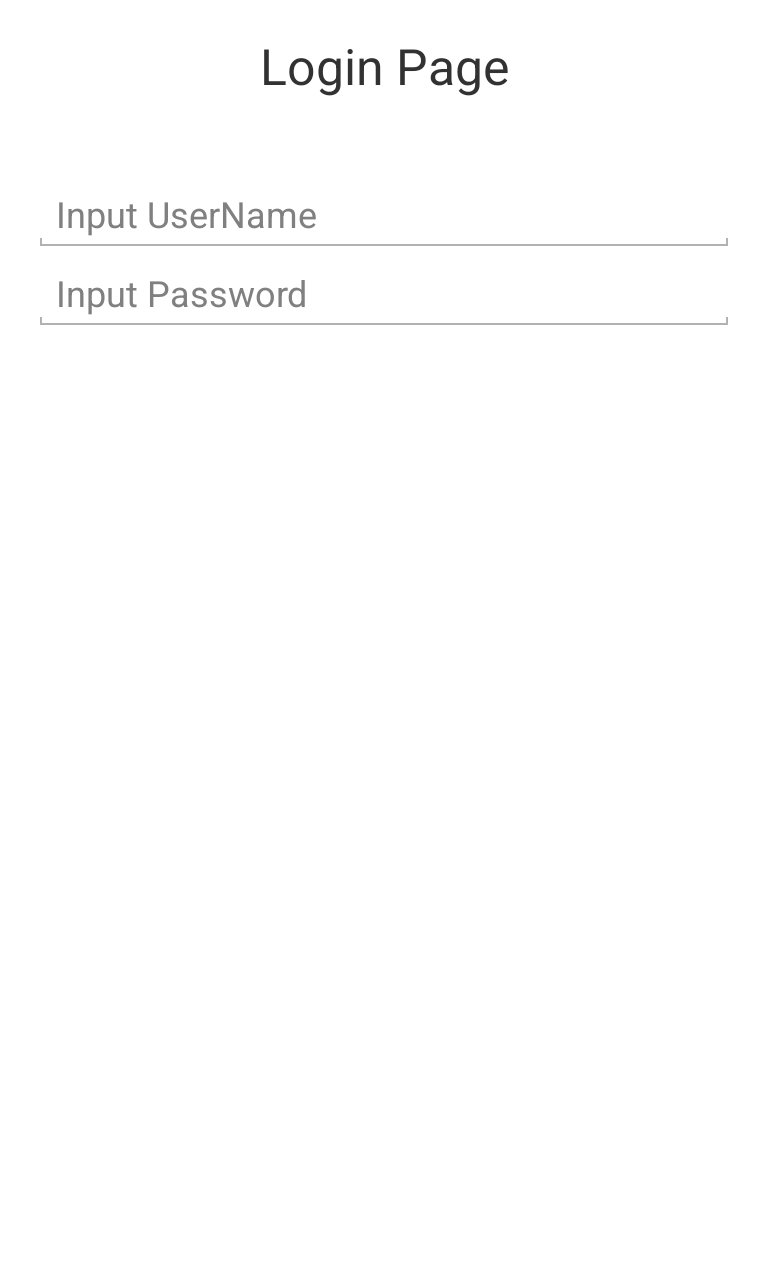
Repository: ikhsan-muhammad/mobile_programming
Layout: Kumpulan Project/Persiapan UAS/res/layout/activity_login.xml
The author's editor kept a copy of each file at every save. The layout is drawn from the files as they stood at one save, then again after the next save.
It is drawn on a 768 x 1280 px phone screen (xhdpi) without system bars, with theme AppTheme; the app's code is not run.

Above is the layout before, as saved 2022-07-12 16:21:06.

After the next save:
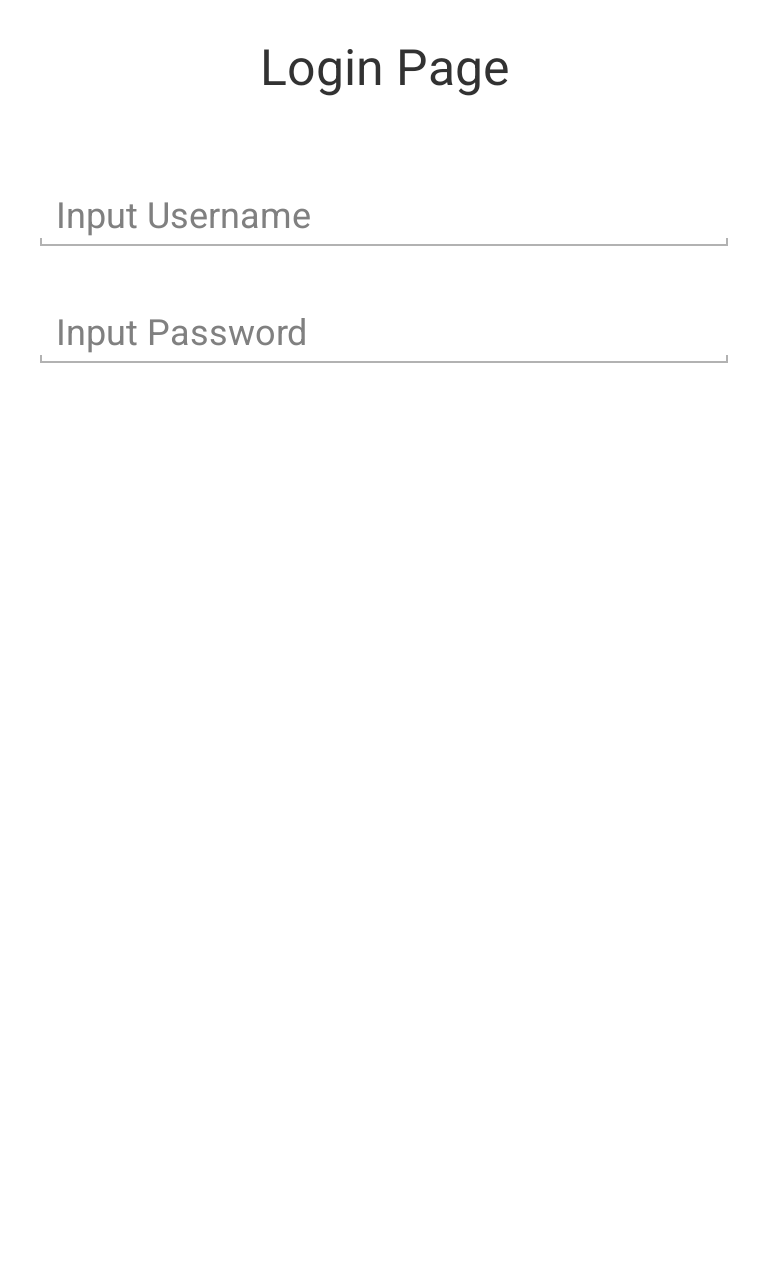
Saved 34 s later.
--- a/Kumpulan Project/Persiapan UAS/res/layout/activity_login.xml
+++ b/Kumpulan Project/Persiapan UAS/res/layout/activity_login.xml
@@ -49,7 +49,13 @@
                     android:layout_width="match_parent"
                     android:layout_height="wrap_content"
                     android:ems="10"
-                    android:hint="Input UserName" />
+                    android:hint="Input Username" />
+
+                <TextView
+                    android:id="@+id/textView4"
+                    android:layout_width="match_parent"
+                    android:layout_height="wrap_content"
+                    android:text=" " />
 
                 <EditText
                     android:id="@+id/editText2"
